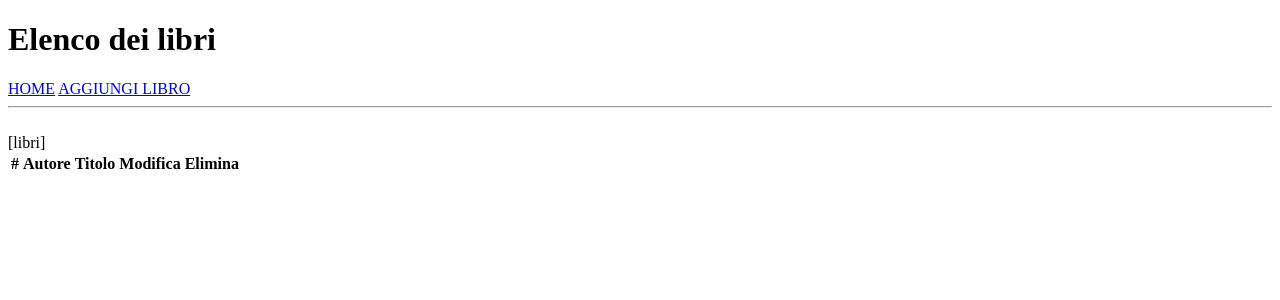
Repository: foferys/DynamicWebProject_DAOLibri_Mappe
Page: DynamicWebProject_DAOLibri_Mappe/WebContent/viste/elencolibri.html
The author's editor kept a copy of each file at every save. The page is drawn from the files as they stood at one save, then again after the next save.
The browser window is 1280 px wide. The pictures show the whole page.

Above is the page before, as saved 2024-06-25 09:35:10.

### DynamicWebProject_DAOLibri_Mappe/WebContent/viste/elencolibri.html
<!DOCTYPE html>
<html>
	<head>
		<meta charset="UTF-8">
		<title>Elenco libri</title>
	</head>
	<body>
		<h1>Elenco dei libri</h1>
		<a href="http://localhost:8080/DynamicWebProject_DAOLibri_Mappe/Index?comando=home">HOME</a>
		<a href="http://localhost:8080/DynamicWebProject_DAOLibri_Mappe/Index?comando=formnuovolibro">AGGIUNGI LIBRO</a>
		<br><hr><br>
		<table class="table">
		  <thead>
		    <tr>
		      <th scope="col">#</th>
		      <th scope="col">Autore</th>
		      <th scope="col">Titolo</th>
            	<th scope="col">Modifica</th>
               <th scope="col">Elimina</th>
		    </tr>
		  </thead>
		  <tbody>
			[libri]
		  </tbody>
		</table>

	</body>
</html>

After the next save:
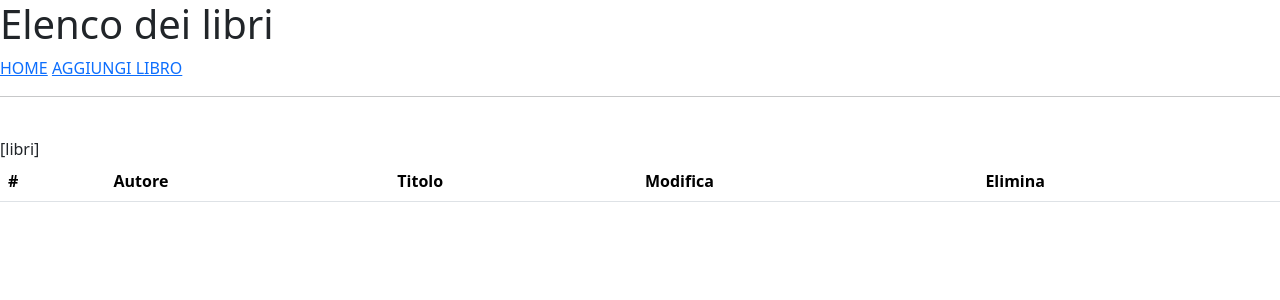
Saved 112 s later.
--- a/DynamicWebProject_DAOLibri_Mappe/WebContent/viste/elencolibri.html
+++ b/DynamicWebProject_DAOLibri_Mappe/WebContent/viste/elencolibri.html
@@ -3,6 +3,8 @@
 	<head>
 		<meta charset="UTF-8">
 		<title>Elenco libri</title>
+		    <link href="https://cdn.jsdelivr.net/npm/bootstrap@5.3.3/dist/css/bootstrap.min.css" rel="stylesheet" integrity="sha384-QWTKZyjpPEjISv5WaRU9OFeRpok6YctnYmDr5pNlyT2bRjXh0JMhjY6hW+ALEwIH" crossorigin="anonymous">
+
 	</head>
 	<body>
 		<h1>Elenco dei libri</h1>
@@ -24,5 +26,7 @@
 		  </tbody>
 		</table>
 
+      	<script src="https://cdn.jsdelivr.net/npm/bootstrap@5.3.3/dist/js/bootstrap.bundle.min.js" integrity="sha384-YvpcrYf0tY3lHB60NNkmXc5s9fDVZLESaAA55NDzOxhy9GkcIdslK1eN7N6jIeHz" crossorigin="anonymous"></script>
+
 	</body>
 </html>
